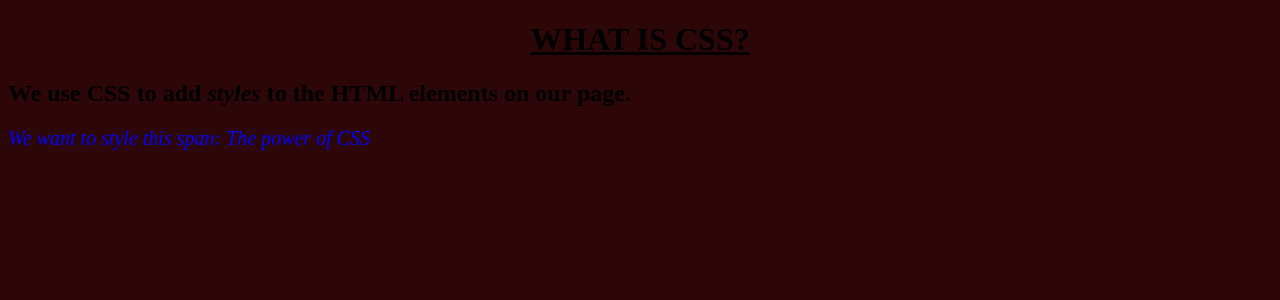
Repository: 3EyEdRav3n/10-2020-cohort-course
Page: week-1/day-3/index.html
The author's editor kept a copy of each file at every save. The page is drawn from the files as they stood at one save, then again after the next save.
The browser window is 1280 px wide. The pictures show the whole page.

Above is the page before, as saved 2020-10-28 21:35:59.

After the next save:
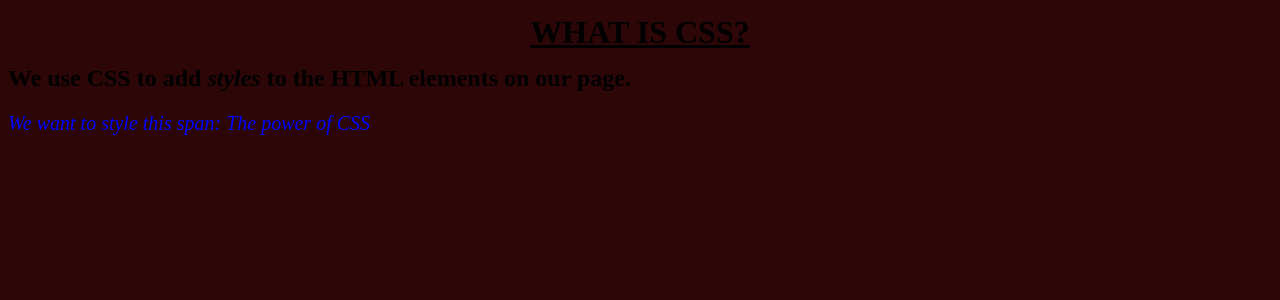
Saved 22 s later.
--- a/week-1/day-3/style.css
+++ b/week-1/day-3/style.css
@@ -15,4 +15,5 @@ h1{
   text-align: center;
   text-transform: uppercase;
   text-decoration: underline;
+  line-height: 22px;
 }
